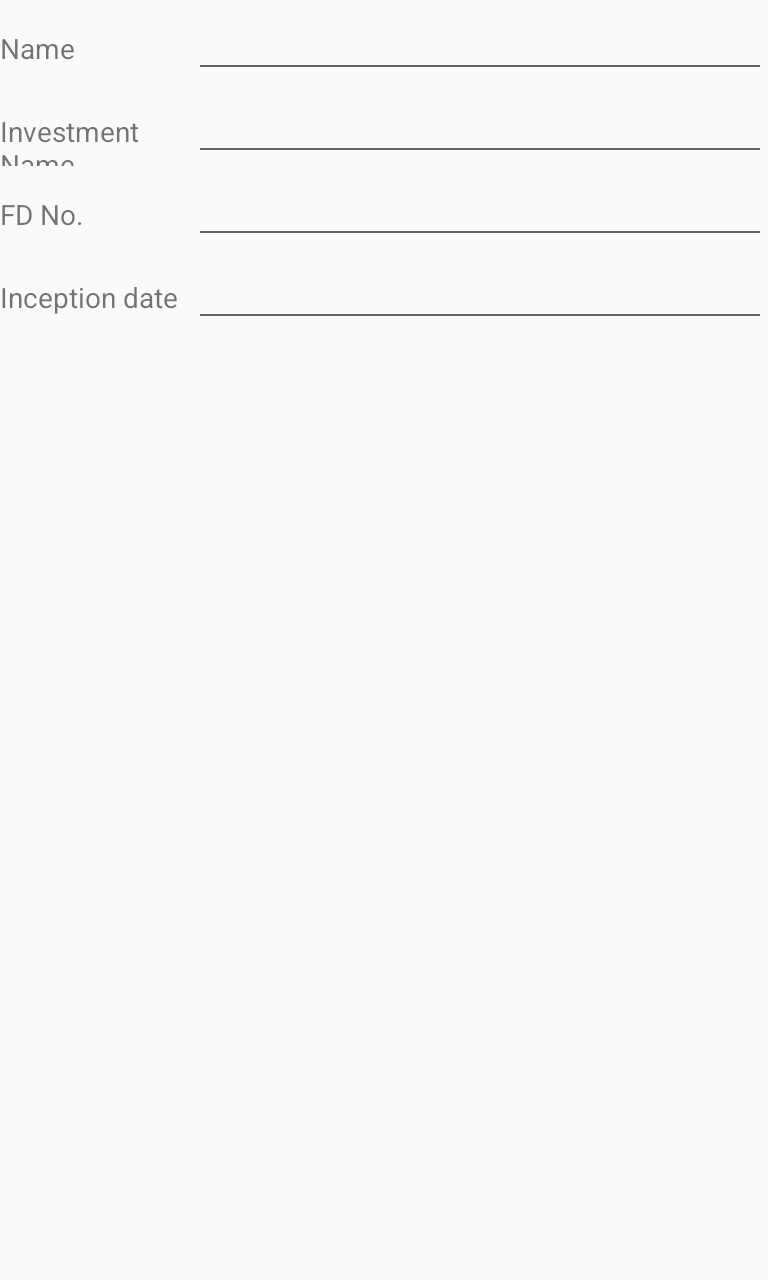
Repository: apoorvelec/AndroidApps
Layout: Investofolio/res/layout/activity_add_investment.xml
An editor plug-in stored every save of this project. The layout is shown before and after the next save, followed by the edit.
It is drawn on a 768 x 1280 px phone screen (xhdpi) without system bars, with theme AppTheme; the app's code is not run.

Above is the layout before, as saved 2017-01-06 06:12:10.

### Investofolio/res/layout/activity_add_investment.xml
<?xml version="1.0" encoding="utf-8"?>
<LinearLayout xmlns:android="http://schemas.android.com/apk/res/android"
    xmlns:tools="http://schemas.android.com/tools"
    android:layout_width="match_parent"
    android:layout_height="match_parent"
    android:orientation="vertical"
    tools:ignore="TextFields,HardcodedText,UselessParent" >

    <!-- Policy holder's name -->
    <LinearLayout
        android:layout_width="match_parent"
        android:layout_height="wrap_content"
        android:orientation="horizontal" >

        <TextView
            android:layout_width="0dp"
            android:layout_height="wrap_content"
            android:layout_weight="0.25"
            android:text="Name" />

        <EditText
            android:id="@+id/policy_holder_name"
            android:layout_width="0dp"
            android:layout_height="wrap_content"
            android:layout_weight="0.75"
            android:ems="10" />
    </LinearLayout>

    <!-- Name of Investment -->
    <LinearLayout
        android:layout_width="match_parent"
        android:layout_height="wrap_content"
        android:orientation="horizontal" >

        <TextView
            android:layout_width="0dp"
            android:layout_height="wrap_content"
            android:layout_weight="0.25"
            android:text="Investment Name" />

        <EditText
            android:id="@+id/investment_name"
            android:layout_width="0dp"
            android:layout_height="wrap_content"
            android:layout_weight="0.75"
            android:ems="10" />
    </LinearLayout>

    <!-- FD number -->
    <LinearLayout
        android:layout_width="match_parent"
        android:layout_height="wrap_content"
        android:orientation="horizontal" >

        <TextView
            android:layout_width="0dp"
            android:layout_height="wrap_content"
            android:layout_weight="0.25"
            android:text="FD No." />

        <EditText
            android:id="@+id/fixed_deposit_number"
            android:layout_width="0dp"
            android:layout_height="wrap_content"
            android:layout_weight="0.75"
            android:ems="10" />
    </LinearLayout>

    <!-- Date of Inception -->
    <LinearLayout
        android:layout_width="match_parent"
        android:layout_height="wrap_content"
        android:orientation="horizontal" >

        <TextView
            android:layout_width="0dp"
            android:layout_height="wrap_content"
            android:layout_weight="0.25"
            android:text="Inception date" />

        <EditText
            android:id="@+id/inception_date"
            android:layout_width="0dp"
            android:layout_height="wrap_content"
            android:layout_weight="0.75"
            android:ems="10" />
    </LinearLayout>

</LinearLayout>

### Investofolio/res/values/styles.xml
<resources>

    <!--
        Base application theme, dependent on API level. This theme is replaced
        by AppBaseTheme from res/values-vXX/styles.xml on newer devices.
    -->
    <style name="AppBaseTheme" parent="Theme.AppCompat.Light">
        <!--
            Theme customizations available in newer API levels can go in
            res/values-vXX/styles.xml, while customizations related to
            backward-compatibility can go here.
        -->
    </style>

    <!-- Application theme. -->
    <style name="AppTheme" parent="AppBaseTheme">
        <!-- All customizations that are NOT specific to a particular API-level can go here. -->
    </style>
	<color name="button_color">#eaeaea</color>
	<color name="button_font_color">#ff0000</color>
</resources>

Loaded but not shown: Investofolio/res/values-v11/styles.xml (common file); Investofolio/res/values-v14/styles.xml (common file)

After the next save:
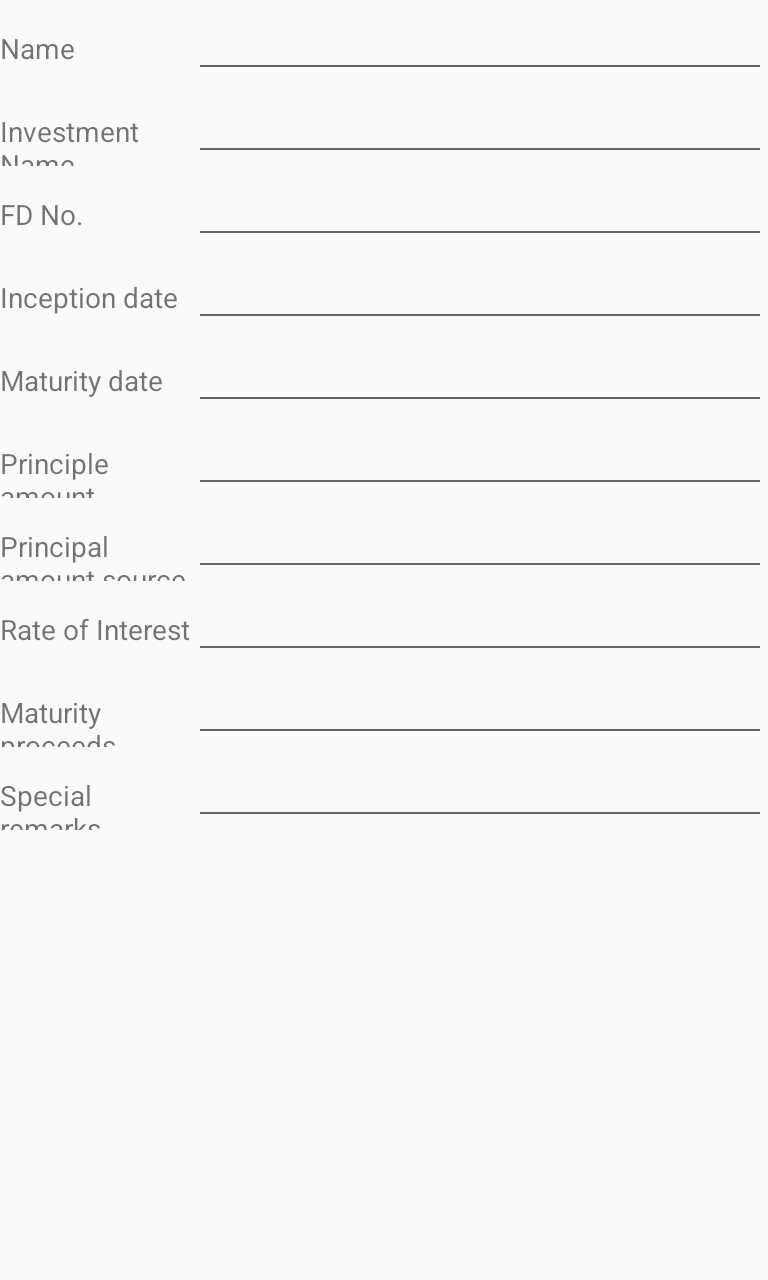
Saved 4 min 10 s later.
--- a/Investofolio/res/layout/activity_add_investment.xml
+++ b/Investofolio/res/layout/activity_add_investment.xml
@@ -86,4 +86,124 @@
             android:ems="10" />
     </LinearLayout>
 
+    <!-- Date of Maturity -->
+    <LinearLayout
+        android:layout_width="match_parent"
+        android:layout_height="wrap_content"
+        android:orientation="horizontal" >
+
+        <TextView
+            android:layout_width="0dp"
+            android:layout_height="wrap_content"
+            android:layout_weight="0.25"
+            android:text="Maturity date" />
+
+        <EditText
+            android:id="@+id/maturity_date"
+            android:layout_width="0dp"
+            android:layout_height="wrap_content"
+            android:layout_weight="0.75"
+            android:ems="10" />
+    </LinearLayout>
+
+    <!-- Principal Amount -->
+    <LinearLayout
+        android:layout_width="match_parent"
+        android:layout_height="wrap_content"
+        android:orientation="horizontal" >
+
+        <TextView
+            android:layout_width="0dp"
+            android:layout_height="wrap_content"
+            android:layout_weight="0.25"
+            android:text="Principle amount" />
+
+        <EditText
+            android:id="@+id/principal_amount"
+            android:layout_width="0dp"
+            android:layout_height="wrap_content"
+            android:layout_weight="0.75"
+            android:ems="10" />
+    </LinearLayout>
+
+    <!-- Source of principal amount -->
+    <LinearLayout
+        android:layout_width="match_parent"
+        android:layout_height="wrap_content"
+        android:orientation="horizontal" >
+
+        <TextView
+            android:layout_width="0dp"
+            android:layout_height="wrap_content"
+            android:layout_weight="0.25"
+            android:text="Principal amount source" />
+
+        <EditText
+            android:id="@+id/principal_amount_source"
+            android:layout_width="0dp"
+            android:layout_height="wrap_content"
+            android:layout_weight="0.75"
+            android:ems="10" />
+    </LinearLayout>
+
+    <!-- Rate of interest in % -->
+    <LinearLayout
+        android:layout_width="match_parent"
+        android:layout_height="wrap_content"
+        android:orientation="horizontal" >
+
+        <TextView
+            android:layout_width="0dp"
+            android:layout_height="wrap_content"
+            android:layout_weight="0.25"
+            android:text="Rate of Interest" />
+
+        <EditText
+            android:id="@+id/interest_rate"
+            android:layout_width="0dp"
+            android:layout_height="wrap_content"
+            android:layout_weight="0.75"
+            android:ems="10" />
+    </LinearLayout>
+
+    <!-- Maturity proceeds -->
+    <LinearLayout
+        android:layout_width="match_parent"
+        android:layout_height="wrap_content"
+        android:orientation="horizontal" >
+
+        <TextView
+            android:layout_width="0dp"
+            android:layout_height="wrap_content"
+            android:layout_weight="0.25"
+            android:text="Maturity proceeds" />
+
+        <EditText
+            android:id="@+id/maturity_proceeds"
+            android:layout_width="0dp"
+            android:layout_height="wrap_content"
+            android:layout_weight="0.75"
+            android:ems="10" />
+    </LinearLayout>
+
+    <!-- Special Remarks -->
+    <LinearLayout
+        android:layout_width="match_parent"
+        android:layout_height="wrap_content"
+        android:orientation="horizontal" >
+
+        <TextView
+            android:layout_width="0dp"
+            android:layout_height="wrap_content"
+            android:layout_weight="0.25"
+            android:text="Special remarks" />
+
+        <EditText
+            android:id="@+id/special_remarks"
+            android:layout_width="0dp"
+            android:layout_height="wrap_content"
+            android:layout_weight="0.75"
+            android:ems="10" />
+    </LinearLayout>
+
 </LinearLayout>
